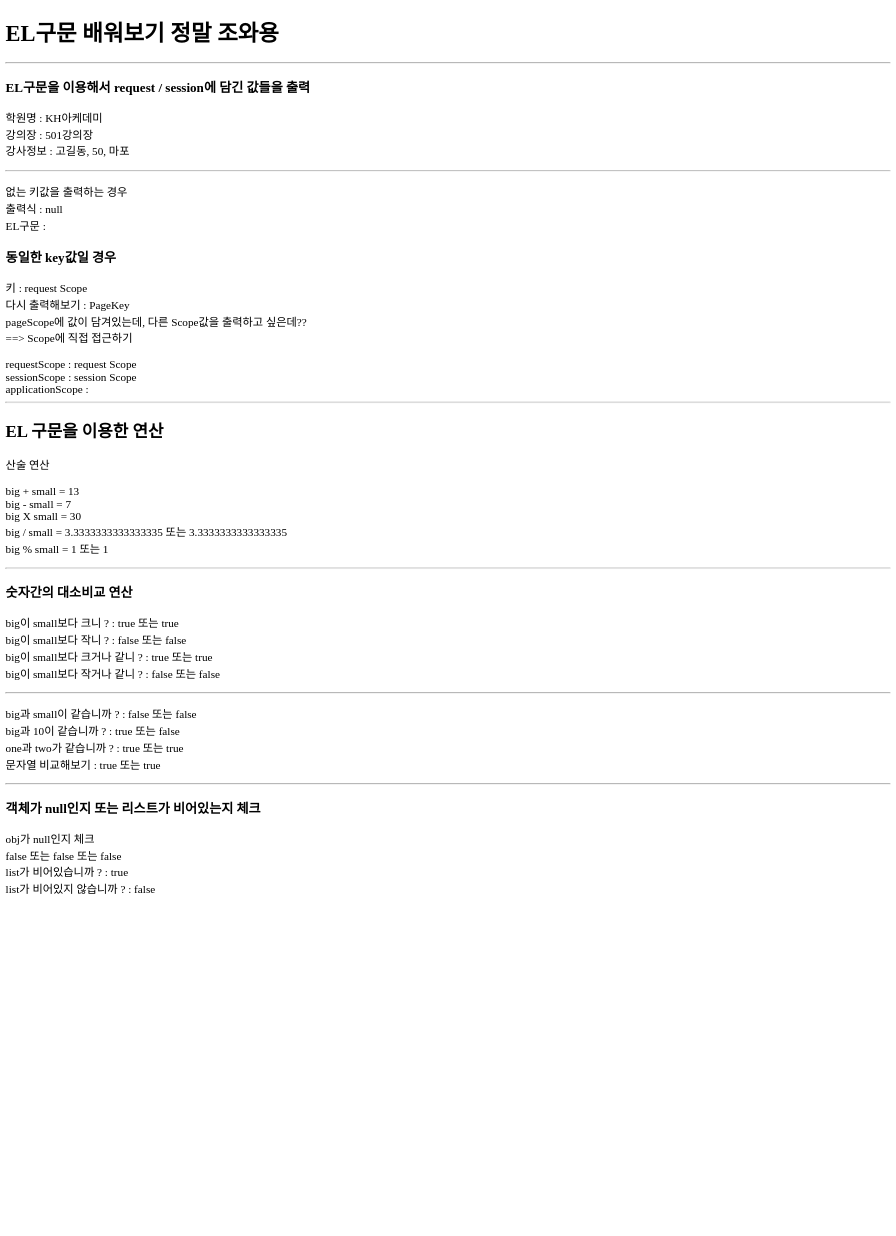
Repository: ghksl0204-shapa/dynamic-web
Page: http://localhost/ActionProject/el.do
The author's editor kept a copy of each file at every save. The page is drawn from the files as they stood at one save, then again after the next save.
The browser window is 1280 px wide. The pictures show the whole page, at 70% of full size.
The page is served by Tomcat 9. Other server files are loaded and not shown.

Above is the page before, as saved 2026-05-06 06:44:14.

### ActionProject/src/main/webapp/WEB-INF/views/01_el.jsp
<%@ page language="java" contentType="text/html; charset=UTF-8"
    pageEncoding="UTF-8"%>
<%@ page import="com.kh.el.model.dto.Person" %>
<!DOCTYPE html>
<html>
<head>
<meta charset="UTF-8">
<title>UltraSuperPower JSP</title>
</head>
<body>

	<h1>EL구문 배워보기 정말 조와용</h1>

	<%--
	<!--

	<%
		String classRoom = (String)request.getAttribute("classRoom");
		Person student = (Person)request.getAttribute("student");

		String academy = (String)session.getAttribute("academy");
		Person lecture = (Person)session.getAttribute("lecture");
	%>

	<p>
		학원명 : <%= academy %> <br>
		강의장 : <%= classRoom %> <br>
		강사정보 : <%= lecture.getName() %>, <%= lecture.getAge() %>, <%= lecture.getAddress() %> <br><br>

		수강생 정보
		<ul>
			<li>이름 : <%= student.getName() %></li>
			<li>나이 : <%= student.getAge() %></li>
			<li>주소 : <%= student.getAddress() %></li>
		</ul>
	</p>
	-->
	--%>

	<hr>

	<h3>EL구문을 이용해서 request / session에 담긴 값들을 출력</h3>

	<p>
		학원명 : ${ academy } <br>
		강의장 : ${ classRoom } <br>
		강사정보 : ${ lecture.name }, ${ lecture.age }, ${ lecture.address } <br>

		<!--
			실제로 필드에 직접 접근 하는것은 불가능
			.name => getName()
			내부적으로 getter메소드를 찾아서 호출해서 값을 출력하는 구조
		 -->
	</p>

	<hr>

	<p>
		없는 키값을 출력하는 경우 <br>

		출력식 : <%= request.getAttribute("clasRoom") %> <br>
		EL구문 : ${ clasRoom } <br>
	</p>

	<h3>동일한 key값일 경우</h3>

	키 : ${ key } <br>

	<%
		// page Scope 에 추가
		pageContext.setAttribute("key", "PageKey");
	%>

	다시 출력해보기 : ${ key } <br>

	<!--
		EL구문은 가장 작은 범위의 scope부터 키값을 찾음
		page => request => session => application순으로 키 값을 검색

		모든 영역을 다 찾았는데 키가 존재하지 않는다 ? => 아무일도 일어나지 않음 오류 안남
	 -->

	 pageScope에 값이 담겨있는데, 다른 Scope값을 출력하고 싶은데?? <br>

	 ==> Scope에 직접 접근하기 <br><br>

	 requestScope : ${ requestScope.key } <br>
	 sessionScope : ${ sessionScope.key } <br>
	 applicationScope : ${ applicationScope.key } <br>

	 <hr>

	 <h2>EL 구문을 이용한 연산</h2>

	 <p>
	 	산술 연산 <br><br>

	 	big + small = ${ big + small }<br>
	 	big - small = ${ big - small }<br>
	 	big X small = ${ big * small }<br>
	 	big / small = ${ big / small } 또는 ${ big div small }<br>
	 	big % small = ${ big % small } 또는 ${ big mod small }<br>
	 </p>

	 <hr>

	 <h3>숫자간의 대소비교 연산</h3>

	 <p>
	 	big이 small보다 크니 ? : ${ big > small } 또는 ${ big gt small }<br>
	 	big이 small보다 작니 ? : ${ big < small } 또는 ${ bit lt small }<br>
	 	big이 small보다 크거나 같니 ? : ${ big >= small } 또는 ${ big ge small }<br>
	 	big이 small보다 작거나 같니 ? : ${ big <= small } 또는 ${ big le small }<br>
	 </p>

	 <hr>

	 <p>
	 	big과 small이 같습니까 ? : ${ big == small } 또는 ${ big eq small } <br>
	 	big과 10이 같습니까 ? : ${ big eq 10 } 또는 ${ big ne 10 } <br>

	 	one과 two가 같습니까 ? : ${ strOne == strTwo } 또는 ${ strOne eq strTwo } <br>
	 	문자열 비교해보기 : ${ strOne == '안녕' } 또는 ${ strOne == "안녕" } <br>
	 </p>

	<hr>

	<h3>객체가 null인지 또는 리스트가 비어있는지 체크</h3>

	<%-- if(list.isEmpty() --%>

	<p>
		obj가 null인지 체크 <br>
		${ obj == null } 또는 ${ obj eq null } 또는 ${ empty obj } <br>

		list가 비어있습니까 ? : ${ empty list } <br>
		list가 비어있지 않습니까 ? : ${ !empty list } <br>





		<br><br><br><br><br><br><br><br><br><br><br><br><br><br><br><br><br><br><br><br><br><br><br><br><br><br>
	</p>
























</body>
</html>

### ActionProject/src/main/java/com/kh/el/controller/ElServlet.java
package com.kh.el.controller;

import java.io.IOException;
import java.util.ArrayList;

import javax.servlet.ServletException;
import javax.servlet.annotation.WebServlet;
import javax.servlet.http.HttpServlet;
import javax.servlet.http.HttpServletRequest;
import javax.servlet.http.HttpServletResponse;
import javax.servlet.http.HttpSession;

import com.kh.el.model.dto.Person;

@WebServlet("/el.do")
public class ElServlet extends HttpServlet {
	private static final long serialVersionUID = 1L;

    public ElServlet() {
        super();
    }

	protected void doGet(HttpServletRequest request, HttpServletResponse response) throws ServletException, IOException {
		// 만약 서블릿에서 응답할 데이터가 존재 한다면!!!
		// JSP로 포워딩을 할 때 request.setAttribute("name값", "value값") -> forward ~~
		// request -> Servlet 내장객체 / Scope 객체

		// application / session / request / page

		/*
		 * 1. application scope : ServletContext
		 * 한 애플리케이션 당, 딱 한개 존재하는 객체
		 * 이 영역에 데이터를 담으면 애플리케이션 전역에서 사용 가능
		 *
		 *
		 * 2. session scope : HttpSession
		 * 하나의 브라우저 당, 한 개 존재하는 객체
		 * 이 영역에 데이터를 담으면 JSP / Servlet 단에서 사용 가능
		 * 값이 한 번 담기면 서버를 멈추건, 세션을 비우거나, 브라우저가 닫히기 전까지는 계속 사용 가능
		 *
		 * 3. request scope : HttpServletRequest
		 * 요청 및 응답 시 매법 생성되는 객체
		 * 이 영역에 데이터를 담으면 해당 request 를 포워딩 받는 응답 JSP 에서만 사용가능 (1회성)
		 *
		 * 4. page scope : PageContext
		 * JSP페이지에서만 사용가능
		 *
		 * => 위 객체들에 속성을 추가할 때는 .setAttribute("name값", 벨류);
		 * 							  .getAttribute("namer값");
		 * 							  .removeAttribute("name값");
		 */
		// DTO(VO) 한 개, List<DTO>, int, String

		request.setAttribute("classRoom", "501강의장");
		request.setAttribute("student", new Person("홍길동", 15, "한양"));

		// sessionScope
		HttpSession session = request.getSession();
		session.setAttribute("academy", "KH아케데미");
		session.setAttribute("lecture", new Person("고길동", 50, "마포"));

		request.setAttribute("key", "request Scope");
		session.setAttribute("key", "session Scope");

		// 숫자
		request.setAttribute("small", 3);
		request.setAttribute("big", 10);

		// 문자열
		request.setAttribute("strOne", "안녕");
		request.setAttribute("strTwo", new String("안녕"));

		// 객체
		request.setAttribute("obj", new Person("콩쥐", 20, "콩쥐네"));

		// 리스트
		request.setAttribute("list", new ArrayList());

		// 응답 뷰 배정 -> 포워딩
		request.getRequestDispatcher("/WEB-INF/views/01_el.jsp").forward(request, response);


	}

	protected void doPost(HttpServletRequest request, HttpServletResponse response) throws ServletException, IOException {
		doGet(request, response);
	}




















}

### ActionProject/src/main/java/com/kh/el/model/dto/Person.java
package com.kh.el.model.dto;

public class Person {

	private String name;
	private int age;
	private String address;

	public Person() {
		super();
	}

	public Person(String name, int age, String address) {
		super();
		this.name = name;
		this.age = age;
		this.address = address;
	}

	public String getName() {
		return name;
	}

	public void setName(String name) {
		this.name = name;
	}

	public int getAge() {
		return age;
	}

	public void setAge(int age) {
		this.age = age;
	}

	public String getAddress() {
		return address;
	}

	public void setAddress(String address) {
		this.address = address;
	}

	@Override
	public String toString() {
		return "Person [name=" + name + ", age=" + age + ", address=" + address + "]";
	}

}

After the next save:
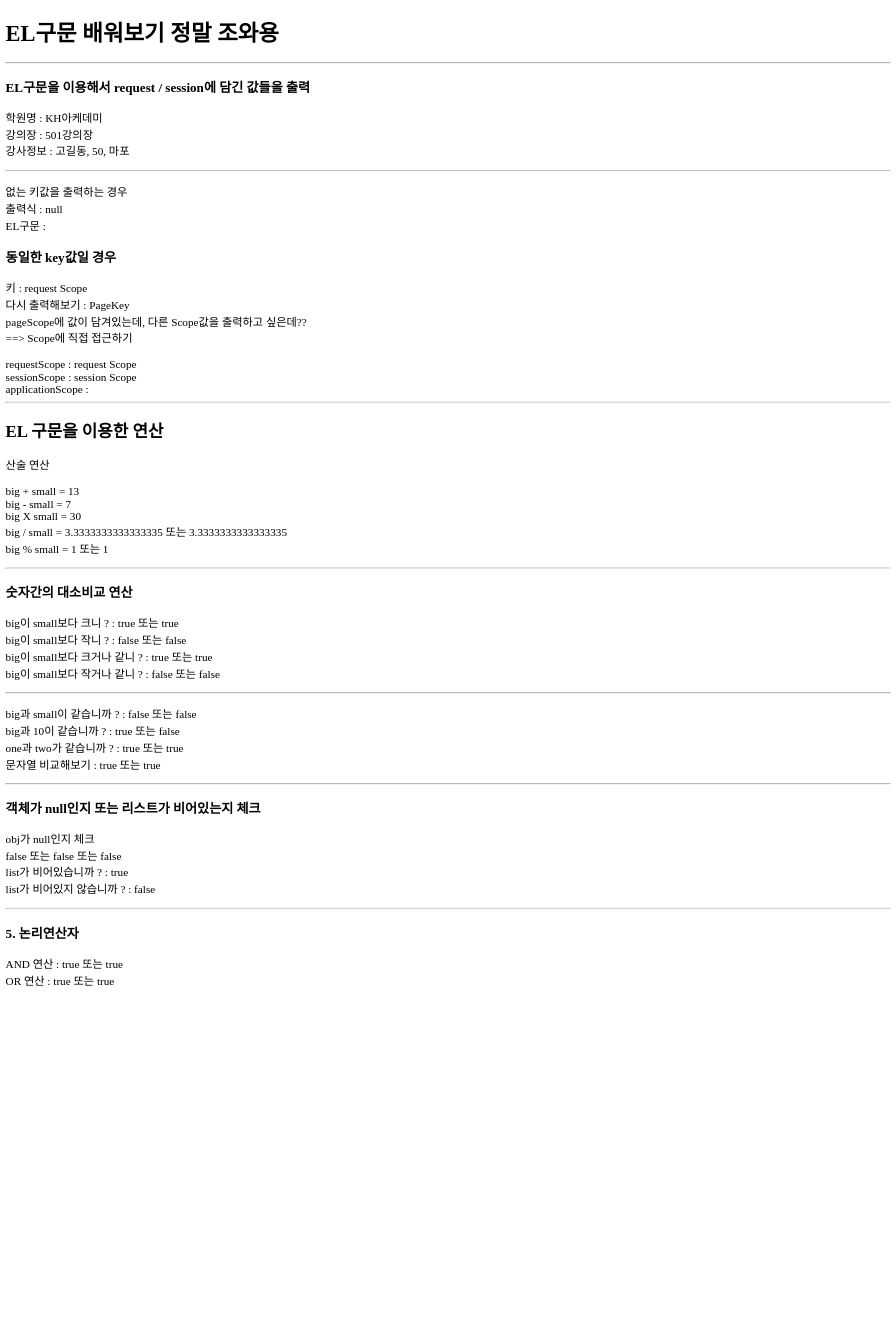
Saved 2 min 27 s later.
--- a/ActionProject/src/main/webapp/WEB-INF/views/01_el.jsp
+++ b/ActionProject/src/main/webapp/WEB-INF/views/01_el.jsp
@@ -135,13 +135,20 @@
 
 		list가 비어있습니까 ? : ${ empty list } <br>
 		list가 비어있지 않습니까 ? : ${ !empty list } <br>
+	</p>
 
+	<hr>
 
+	<h3>5. 논리연산자</h3>
+
+	<p>
+		AND 연산 : ${ true && true } 또는 ${ true and true } <br>
+		OR 연산 : ${ true || true } 또는 ${ true or true } <br>
+	</p>
 
 
 
 		<br><br><br><br><br><br><br><br><br><br><br><br><br><br><br><br><br><br><br><br><br><br><br><br><br><br>
-	</p>
 
 
 
